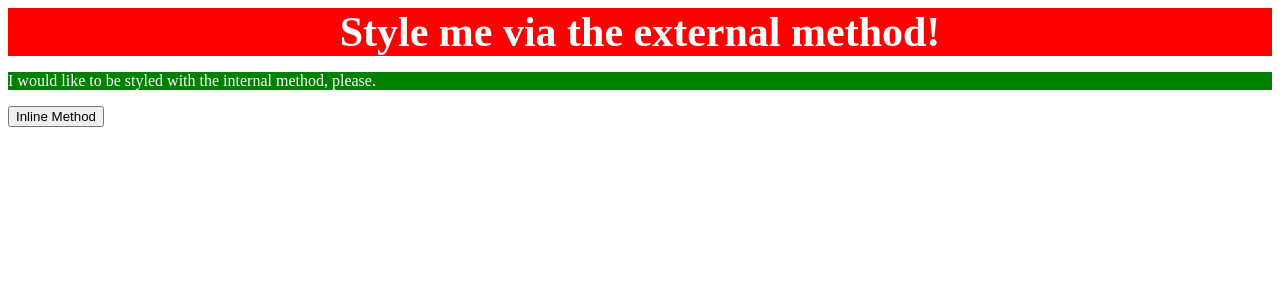
Repository: tranqn/css-exercises
Page: foundations/intro-to-css/01-css-methods/index.html
These files come from the project's save history. The page is drawn as it stood at one moment and after the next save; the edit follows.
The browser window is 1280 px wide. The pictures show the whole page.

Above is the page before, as saved 2025-06-05 21:08:29.

After the next save:
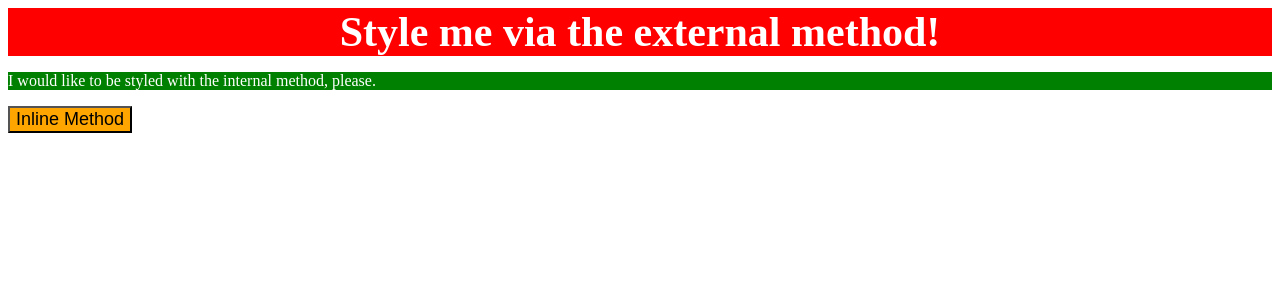
Saved 36 s later.
--- a/foundations/intro-to-css/01-css-methods/index.html
+++ b/foundations/intro-to-css/01-css-methods/index.html
@@ -16,6 +16,6 @@
   <body>
     <div>Style me via the external method!</div>
     <p>I would like to be styled with the internal method, please.</p>
-    <button style="background-color: orange, font-size:18px">Inline Method</button>
+    <button style="background-color: orange; font-size:18px">Inline Method</button>
   </body>
 </html>
